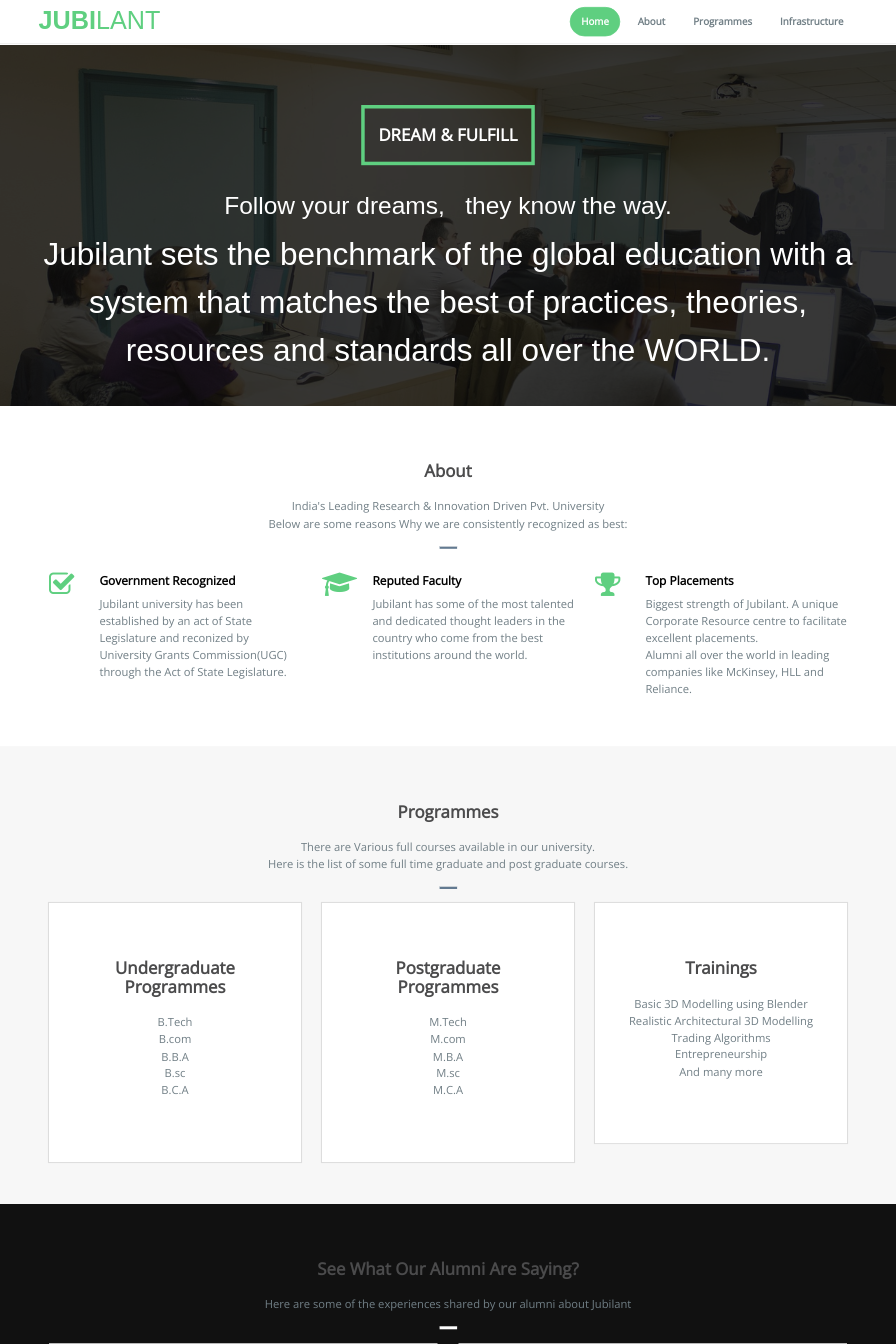
Repository: GauravC8/UMS
Page: http://localhost/login/WEB-INF/index.jsp
The author's editor kept a copy of each file at every save. The page is drawn from the files as they stood at one save, then again after the next save.
The browser window is 1280 px wide. The pictures show the part of the page from y = 0 to 1920 px (the page is 3363 px tall), at 70% of full size.
Some web fonts or font styles are not loaded; a fallback is used. The page is served by Tomcat 9. Nobody is signed in. The template is opened directly, without the code that normally fills it, so the values that code supplies are empty.

Above is the page before, as saved 2019-04-08 11:07:40.

After the next save:
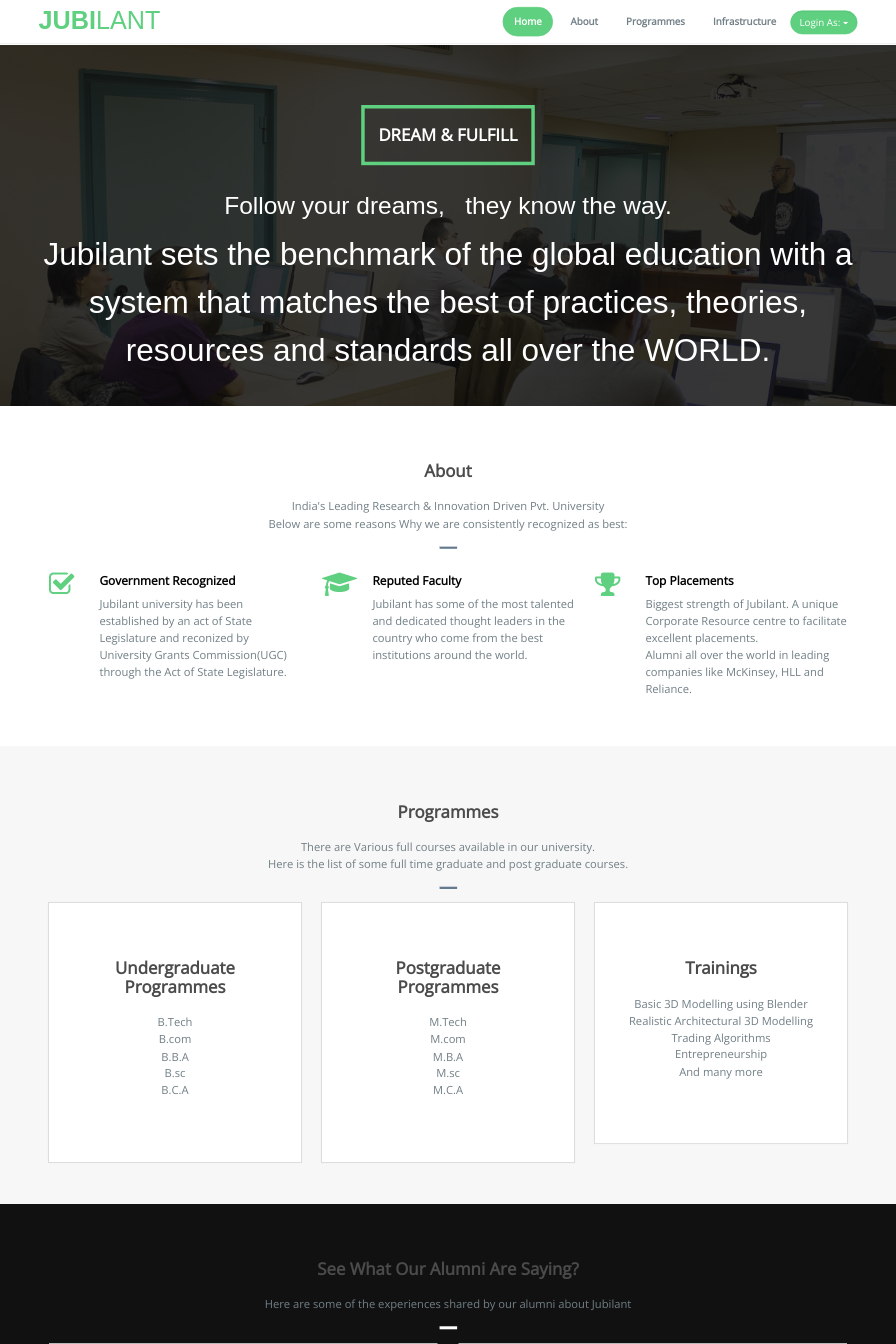
Saved 15 s later.
--- a/login/src/main/webapp/WEB-INF/index.jsp
+++ b/login/src/main/webapp/WEB-INF/index.jsp
@@ -40,8 +40,8 @@
 					<li><a href="#infrasturcture">Infrastructure</a></li>
 					<li >
 						<div class="dropdown">
-							<button type="button" class="navbar-toggle" data-toggle="collapse"
-					data-target="#myNavbar">
+							<button class="btn btn-default dropdown-toggle form-control"
+								type="button" id="menu1" data-toggle="dropdown">
 								Login As: <span class="caret"></span>
 							</button>
 							<ul class="dropdown-menu" role="menu" aria-labelledby="menu1">
